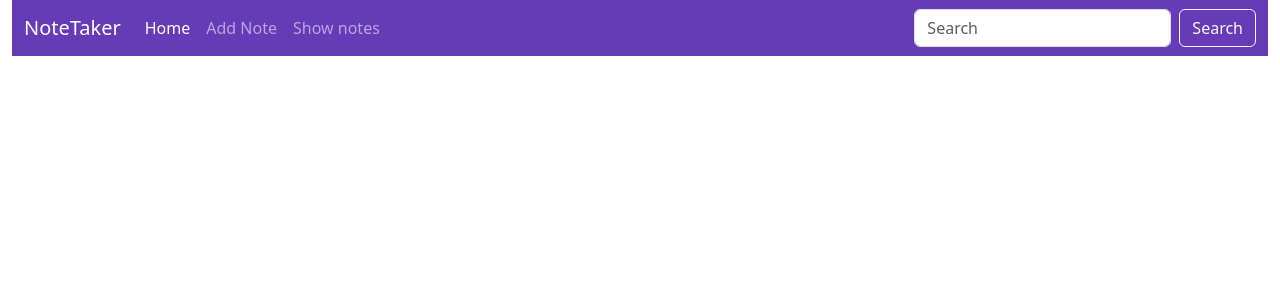
Repository: smritihbtu/Note-Maker
Page: http://localhost/NoteTaker/
These files come from the project's save history. The page is drawn as it stood at one moment and after the next save; the edit follows.
The browser window is 1280 px wide. The pictures show the whole page.
The page is served by Tomcat 9.

Above is the page before, as saved 2023-08-19 16:23:26.

After the next save:
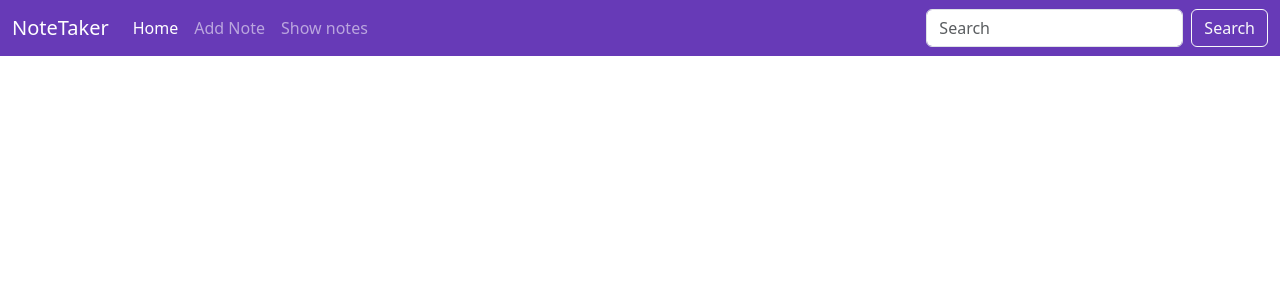
Saved 75 s later.
--- a/NoteTaker/src/main/webapp/index.jsp
+++ b/NoteTaker/src/main/webapp/index.jsp
@@ -9,7 +9,7 @@
   </head>
 
   <body>
-    <div class= "container-fluid">
+    <div class= "container-fluid p-0 m-0">
     <%@include file="navbar.jsp" %>
 
     </div>
